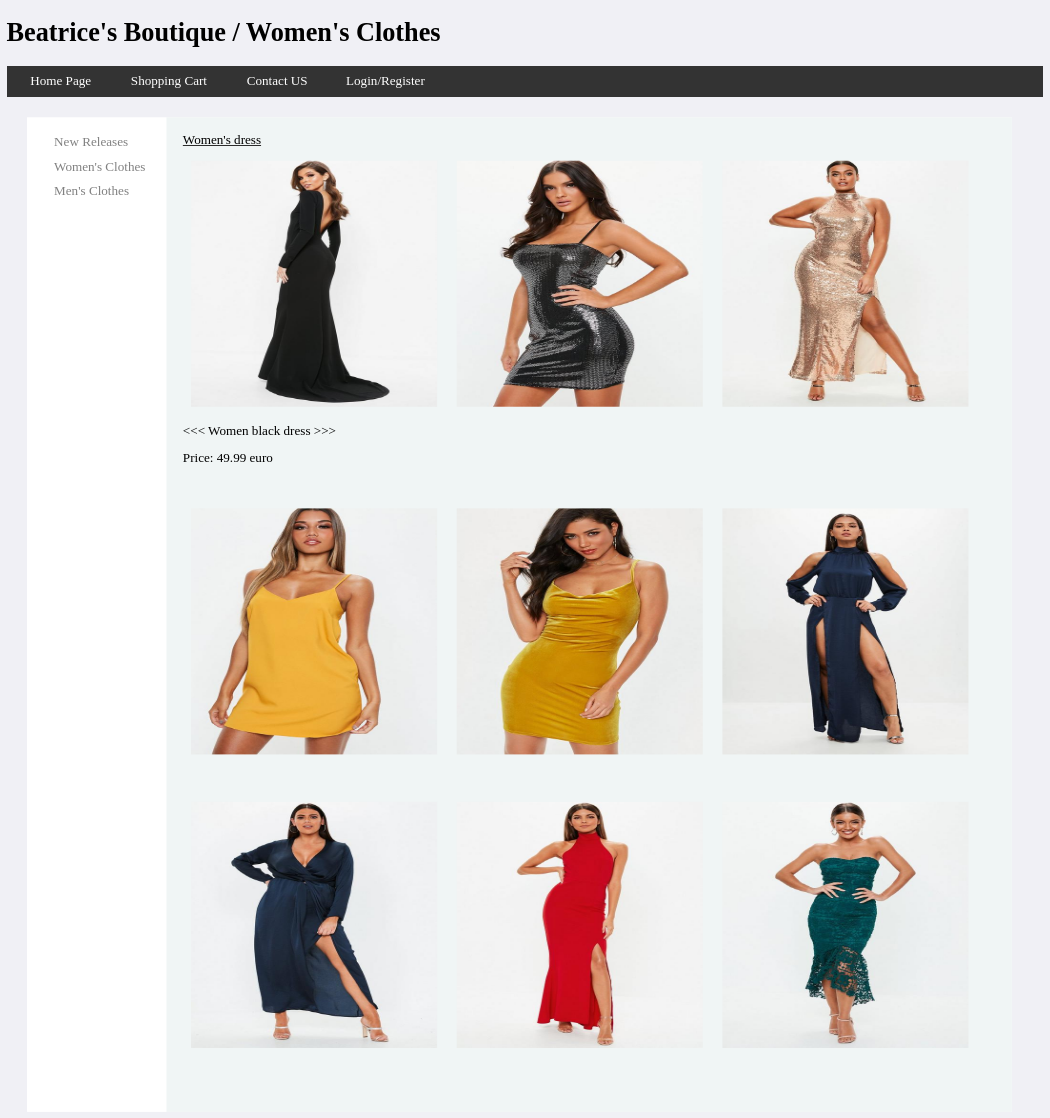
Repository: IosifDobos/Beatrice-Boutique
Page: BeatriceBoutique/Java/WorkSpace/BeatriceBoutique/WebContent/womensClothes.html
These files come from the project's save history. The page is drawn as it stood at one moment and after the next save; the edit follows.
The browser window is 1280 px wide. The pictures show the whole page, at 82% of full size.

Above is the page before, as saved 2018-12-04 17:27:23.

### BeatriceBoutique/Java/WorkSpace/BeatriceBoutique/WebContent/womensClothes.html
<!DOCTYPE html >
<html>
<head>
<meta http-equiv="Content-Type" content="text/html; charset=ISO-8859-1">
<link rel="stylesheet" type="text/css" href="styleSheet.css">
<title>Women's Clothes</title>
</head>
<body>

	<h1>Beatrice's Boutique / Women's Clothes</h1>

	<ul>
		<li><a href="homePage.html">Home Page</a></li>
		<li><a href="shoppingCart.html">Shopping Cart</a></li>
		<li><a href="contact.html">Contact US</a></li>
		<li><a href="login.html">Login/Register</a></li>
	</ul>


	<div class = "container">
		<!-- left side of the container where menu is displayed -->
		<div id="sidemenu">
			<a href="#">New Releases</a>
			<a href="womensClothes.html">Women's Clothes</a>
			<a href="#">Men's Clothes</a>
		</div>
		<!-- right side of the container -->
		<div id="right-side">
			<p><u>Women's dress</u></p>

			<img alt="dress" src="womens-img/black-open-back-maxi-dress.jpg" width="300" height="300" style="margin-left: 10px;">

			<img alt="dress1" src="womens-img/black-sewn-through-disc-bodycon-mini-dress.jpg" width="300" height="300" style="margin-left: 20px;">

			<img alt="dress2" src="womens-img/gold-sequin-choker-maxi-dress.jpg" width="300" height="300" style="margin-left: 20px;">
			<div id="product-1">
				<p><<< Women black dress >>> </p>
				<p>Price: 49.99 euro</p>
			</div>
			<br><br>
			<img alt="dress3" src="womens-img/mustard-cami-shift-dress.jpg" width="300" height="300" style="margin-left: 10px;">

			<img alt="dress4" src="womens-img/mustard-velvet-cowl-mini-dress.jpg" width="300" height="300" style="margin-left: 20px;">

			<img alt="dress5" src="womens-img/navy-split-front-maxi-dress.jpg" width="300" height="300" style="margin-left: 20px;">

			<br><br><br><br>
			<img alt="dress6" src="womens-img/plus-size-navy-wrap-front-knot-dress.jpg" width="300" height="300" style="margin-left: 10px;">

			<img alt="dress7" src="womens-img/red-choker-maxi-dress.jpg" width="300" height="300" style="margin-left: 20px;">

			<img alt="dress8" src="womens-img/teal-lace-bandeau-bust-cup-midi-dress.jpg" width="300" height="300" style="margin-left: 20px;">

			<br><br><br><br>
		</div>

	</div>

</body>
</html>

### BeatriceBoutique/Java/WorkSpace/BeatriceBoutique/WebContent/styleSheet.css
@charset "UTF-8";

body{
	background-color: #f0f0f5;
}

ul {
	position: -webkit-sticky;
	position: sticky;
    list-style-type: none;
    top: 0;
    margin: 0;
    padding: 0;
    overflow: hidden;
    background-color: #333;
}

li{
	float: left;
}

li a{
	display: block;
	color: white;
	text-align: center;
	padding: 10px 16px;
	text-decoration: none;
	width: 100px;

}

li a:hover {
    background-color: #555;
    color: white;
}

.active {
    background-color: #4CAF50;
    color: white;
}

.container{
	margin-top: 25px;
	margin-left: 25px;
	margin-right: 25px;
	background-color:  white;
	min-height: 400px;
	width: 95%;
}

/*#container:after{
	content: "";
	display: table;
	clear: both;
} */



#sidemenu {
    min-height: 100px;; /* Full-height: remove this if you want "auto" height */
    width: 150px;; /* Set the width of the sidebar */
    position: fixed; /* Fixed Sidebar (stay in place on scroll) */
    z-index: 1; /* Stay on top */
    top: 150px; /* Stay at the top */
    left: 50px;
    background-color: ; /* Black */
    overflow-x: hidden; /* Disable horizontal scroll */
    padding: 8px 0;
}

#sidemenu a {
    padding: 6px 8px 6px 16px;
    text-decoration: none;
    font-size: 16px;
    color: #818181;
    display: block;
}

/* When you mouse over the navigation links, change their color */
#sidemenu a:hover {
    color: #679898;
}

/* Style page content */
#right-side {
    margin-left: 170px; /* Same as the width of the sidebar */
    padding: 3px 5px 20px 20px;
    background-color: #f0f5f5;
    min-height: 300px;
}


/* #right-side{
	float: right;
	margin-right: 20px;
	width: 60%;
} */






/* Responsive layout - when the screen is less than 600px wide, make the two columns stack on top of each other instead of next to each other */
@media screen and (max-width: 600px) {
    .col-25, .col-75, input[type=submit] {
        width: 100%;
        margin-top: 0;
    }
}

@media screen and (max-height: 450px) {
    #sidemenu {padding-top: 15px;}
    #sidemenu a {font-size: 18px;}
}

After the next save:
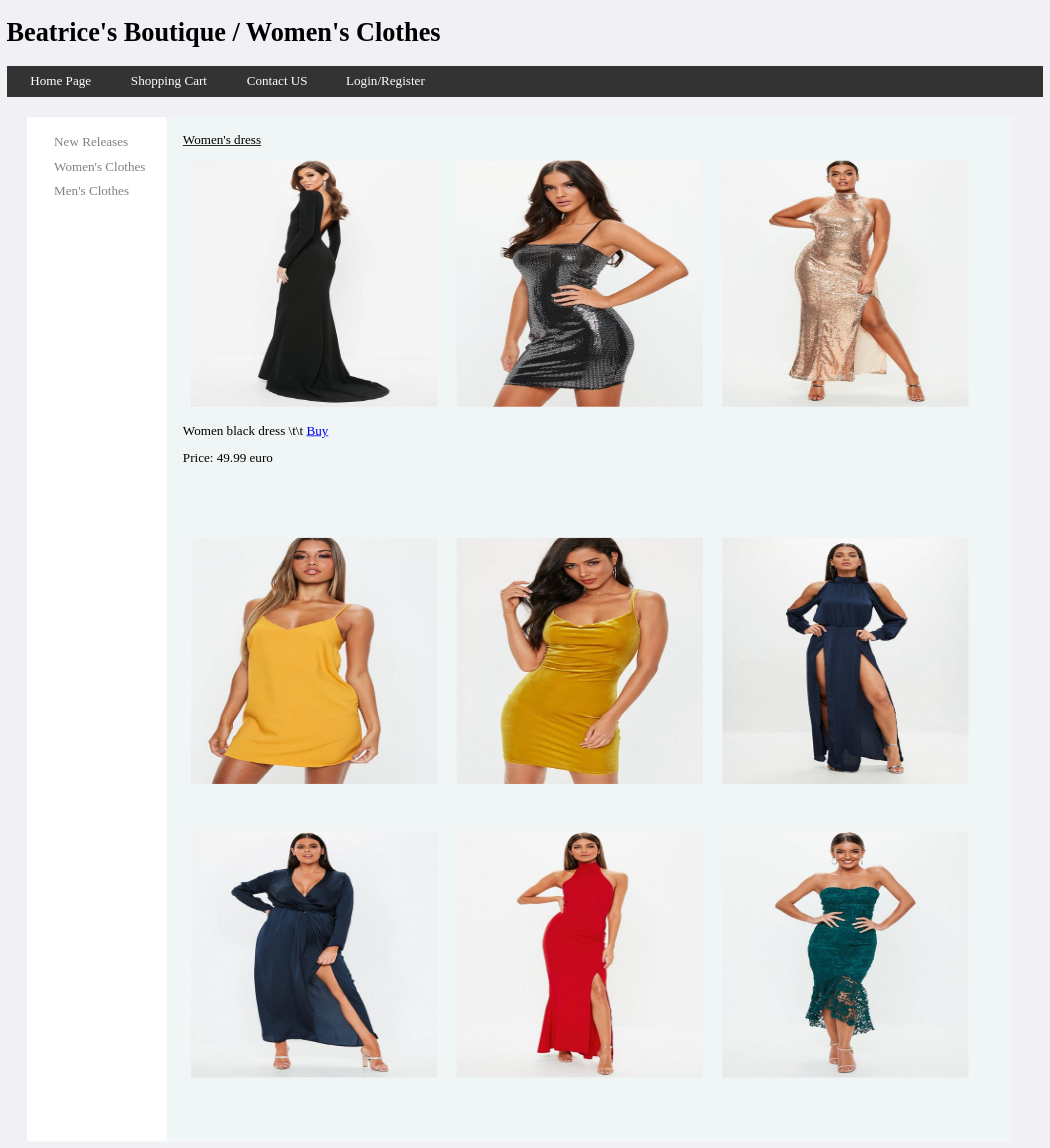
Saved 110 s later.
--- a/BeatriceBoutique/Java/WorkSpace/BeatriceBoutique/WebContent/womensClothes.html
+++ b/BeatriceBoutique/Java/WorkSpace/BeatriceBoutique/WebContent/womensClothes.html
@@ -34,10 +34,10 @@
 
 			<img alt="dress2" src="womens-img/gold-sequin-choker-maxi-dress.jpg" width="300" height="300" style="margin-left: 20px;">
 			<div id="product-1">
-				<p><<< Women black dress >>> </p>
+				<p>Women black dress \t\t <a href="#">Buy</a> </p>
 				<p>Price: 49.99 euro</p>
 			</div>
-			<br><br>
+			<br><br><br><br>
 			<img alt="dress3" src="womens-img/mustard-cami-shift-dress.jpg" width="300" height="300" style="margin-left: 10px;">
 
 			<img alt="dress4" src="womens-img/mustard-velvet-cowl-mini-dress.jpg" width="300" height="300" style="margin-left: 20px;">
